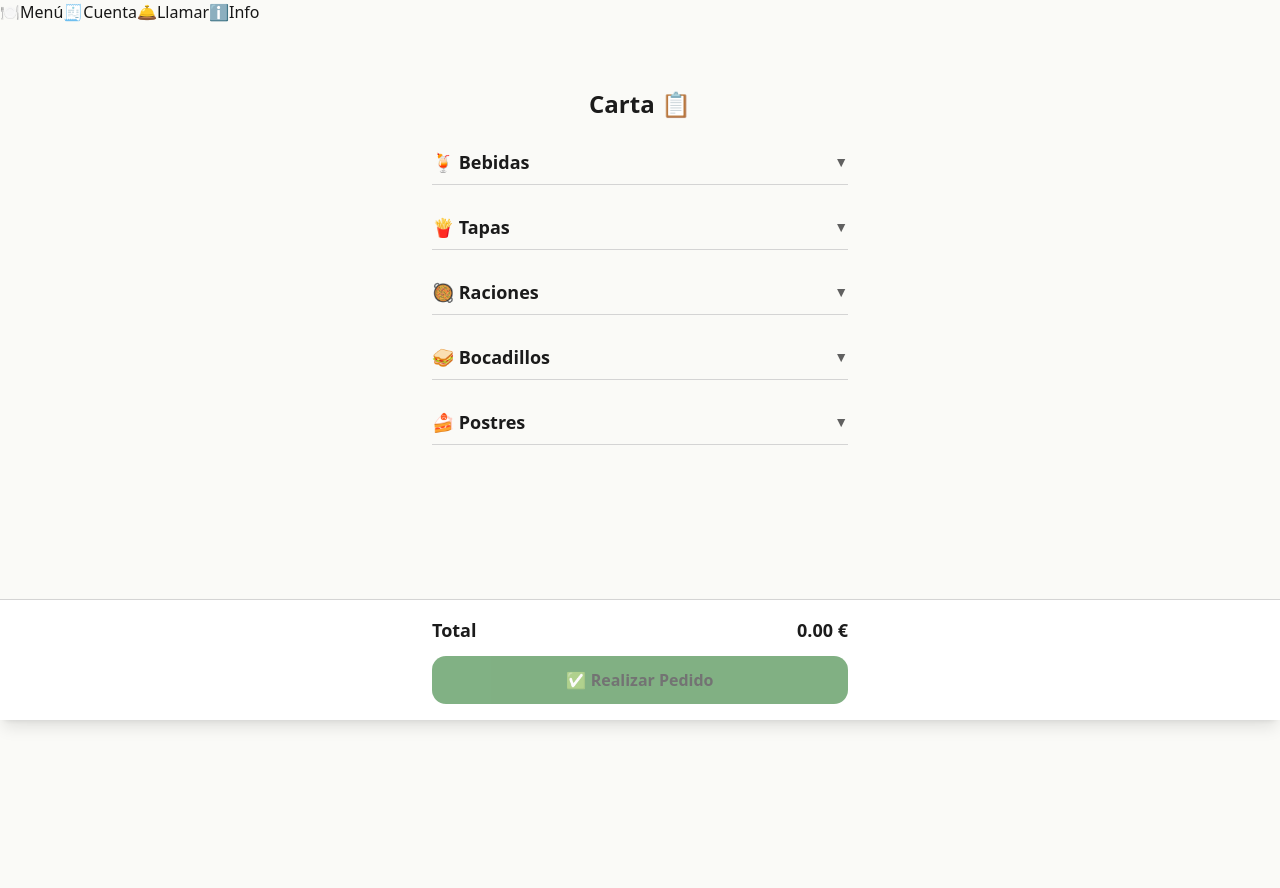
Repository: jrcardenas/sirvaapp
Page: /mesa/1/menu
These files come from the project's save history. The page is drawn as it stood at one moment and after the next save; the edit follows.
The browser window is 1280 px wide. The pictures show the whole page.
The project was rebuilt for these pictures with package versions that can differ from the ones it lists, and the page was loaded fresh each time. The framework's server and built-in components were replaced by stand-ins that run in the browser. Also part of the build but not shown: next.config.ts.

Above is the page before, as saved 2025-11-02 20:14:18.

### app/layout.tsx
import type { Metadata } from "next";
import "./globals.css";
import "./styles/theme.css";
import Header from "@/components/layout/Header";

export const metadata: Metadata = {
  title: "SirvaApp",
  description: "Pide desde tu mesa. Sirve más rápido.",
};

export default function RootLayout({ children }: { children: React.ReactNode }) {
  return (
    <html lang="es">
      <body className="bg-[var(--color-background)] text-[var(--color-text-dark)]">
        {/* ✅ Navegación principal arriba */}
        <Header />

        {/* ✅ Espacio suficiente para footer del pedido */}
        <main className="pt-4 pb-32 max-w-md mx-auto">
          {children}
        </main>
      </body>
    </html>
  );
}

### app/mesa/[id]/menu/page.tsx
"use client";

import { useState } from "react";
import Button from "@/components/ui/Button";
import { useCartStore } from "@/store/cartStore";
import { useOrderStore } from "@/store/orderStore";
import { useParams } from "next/navigation";

export default function MenuPage() {
  const { addItem, changeQty, items, removeItem, clearCart } = useCartStore();
  const { addToMesa } = useOrderStore();
  const { id: mesaId } = useParams() as { id: string };

  const [openCategories, setOpenCategories] = useState<string[]>([]);
  const [showConfirm, setShowConfirm] = useState(false);
  const [showToast, setShowToast] = useState(false);

  const iconosCat: Record<string, string> = {
    Bebidas: "🍹",
    Tapas: "🍟",
    Raciones: "🥘",
    Bocadillos: "🥪",
    Postres: "🍰",
  };

  const productos = [
    { id: "1", categoria: "Bebidas", nombre: "Cerveza", precio: 2.0 },
    { id: "2", categoria: "Bebidas", nombre: "Coca-Cola", precio: 2.2 },
    { id: "3", categoria: "Bebidas", nombre: "Agua", precio: 1.5 },
    { id: "4", categoria: "Bebidas", nombre: "Tinto de Verano", precio: 2.8 },
    { id: "5", categoria: "Bebidas", nombre: "Café con Leche", precio: 1.5 },
    { id: "6", categoria: "Tapas", nombre: "Patatas Bravas", precio: 4.0 },
    { id: "7", categoria: "Tapas", nombre: "Croquetas", precio: 4.5 },
    { id: "8", categoria: "Tapas", nombre: "Tortilla Española", precio: 3.5 },
    { id: "9", categoria: "Tapas", nombre: "Calamares", precio: 5.5 },
    { id: "10", categoria: "Raciones", nombre: "Jamón Ibérico", precio: 9.5 },
    { id: "11", categoria: "Raciones", nombre: "Gambas al Ajillo", precio: 10.5 },
    { id: "12", categoria: "Raciones", nombre: "Huevos Rotos", precio: 8.5 },
    { id: "19", categoria: "Raciones", nombre: "Pulpo a la Gallega", precio: 14.0 },
    { id: "20", categoria: "Raciones", nombre: "Chistorra", precio: 7.0 },
    { id: "21", categoria: "Raciones", nombre: "Ensaladilla Rusa", precio: 6.5 },
    { id: "13", categoria: "Bocadillos", nombre: "Bocadillo de Lomo", precio: 4.5 },
    { id: "14", categoria: "Bocadillos", nombre: "Bocadillo Vegetal", precio: 4.2 },
    { id: "15", categoria: "Bocadillos", nombre: "Perrito Caliente", precio: 4.0 },
    { id: "16", categoria: "Postres", nombre: "Tarta de Queso", precio: 4.8 },
    { id: "17", categoria: "Postres", nombre: "Helado 2 bolas", precio: 3.2 },
    { id: "18", categoria: "Postres", nombre: "Flan Casero", precio: 3.5 },
  ];

  const categorias = [...new Set(productos.map((p) => p.categoria))];

  const toggleCategory = (cat: string) => {
    setOpenCategories((prev) =>
      prev.includes(cat) ? prev.filter((c) => c !== cat) : [...prev, cat]
    );
  };

  const getQty = (id: string) =>
    items.reduce((acc, p) => (p.id === id ? acc + p.qty : acc), 0);

  const total = items.reduce((acc, p) => acc + p.price * p.qty, 0);

  const handleConfirmOrder = () => {
    if (!mesaId || items.length === 0) return;

    addToMesa(mesaId, items);
    clearCart();
    setShowConfirm(false);
    setShowToast(true);
    setTimeout(() => setShowToast(false), 2500);
  };

  return (
    <>
      <main className="min-h-screen bg-[var(--color-background)] p-4 pb-32 max-w-md mx-auto pt-12">
        <h1 className="text-2xl font-bold text-center mb-5 text-[var(--color-text-dark)]">
          Carta 📋
        </h1>

        {categorias.map((cat) => (
          <div key={cat} className="mb-5">
            <button
              className="w-full flex justify-between items-center text-lg font-semibold py-2 text-[var(--color-text-dark)]"
              onClick={() => toggleCategory(cat)}
            >
              <span className="flex items-center gap-2">
                {iconosCat[cat]} {cat}
              </span>
              <span className="text-[var(--color-text-muted)] text-sm">
                {openCategories.includes(cat) ? "▲" : "▼"}
              </span>
            </button>

            <div className="border-t border-[var(--color-border)] mb-2"></div>

            {openCategories.includes(cat) &&
              productos
                .filter((p) => p.categoria === cat)
                .map((item) => {
                  const qty = getQty(item.id);
                  return (
                    <div key={item.id} className="flex justify-between">
                      <div>
                        <p className="font-medium text-[var(--color-text-dark)]">{item.nombre}</p>
                        <p className="text-[var(--color-text-muted)] text-sm">{item.precio.toFixed(2)} €</p>
                      </div>

                      <div className="flex items-center gap-2">
                        <button
                          disabled={qty === 0}
                          onClick={() =>
                            qty <= 1 ? removeItem(item.id) : changeQty(item.id, qty - 1)
                          }
                          className={`w-7 h-7 rounded-full border text-sm font-bold ${
                            qty === 0
                              ? "border-[var(--color-border)] text-[var(--color-text-disabled)]"
                              : "border-[var(--color-minus-icon)] text-[var(--color-minus-icon)]"
                          }`}
                        >-</button>

                        <span className={`w-6 text-center font-semibold ${
                          qty === 0 ? "text-[var(--color-text-disabled)]" : "text-[var(--color-text-dark)]"
                        }`}>
                          {qty}
                        </span>

                        <button
                          className="w-7 h-7 rounded-full bg-[var(--color-plus-button)] text-white text-sm font-bold"
                          onClick={() =>
                            addItem({
                              id: item.id,
                              name: item.nombre,
                              price: item.precio,
                              qty: 1,
                            })
                          }
                        >+</button>
                      </div>
                    </div>
                  );
                })}
          </div>
        ))}

        {/* Footer */}
        <div className="fixed bottom-0 left-0 w-full bg-[var(--color-surface)] border-t border-[var(--color-border)] shadow-lg">
          <div className="max-w-md mx-auto p-4">
            <div className="flex justify-between mb-3 font-bold text-lg text-[var(--color-text-dark)]">
              <span>Total</span>
              <span>{total.toFixed(2)} €</span>
            </div>

            <Button
              fullWidth
              disabled={total === 0}
              className={`${total === 0 ? "opacity-50 cursor-not-allowed" : ""}`}
              onClick={() => setShowConfirm(true)}
            >
              ✅ Realizar Pedido
            </Button>
          </div>
        </div>
      </main>

      {/* ✅ Popup Confirmación */}
      {showConfirm && (
        <div className="fixed inset-0 bg-black/50 backdrop-blur-sm flex items-center justify-center z-50 animate-fade-in">
          <div className="bg-white rounded-2xl p-6 w-80 shadow-xl animate-modal">
            <h3 className="text-lg font-bold text-center mb-3 text-[var(--color-text-dark)]">
              Confirmar Pedido
            </h3>

            <div className="space-y-2 mb-4 text-[var(--color-text-dark)]">
              {items.map((i, idx) => (
                <div key={idx} className="flex justify-between text-sm">
                  <span>{i.qty} x {i.name}</span>
                  <span>{(i.price * i.qty).toFixed(2)} €</span>
                </div>
              ))}
            </div>

            <p className="text-center font-bold mb-4">
              Total: {total.toFixed(2)} €
            </p>

            <div className="flex gap-2">
              <button
                className="w-1/2 py-2 rounded-lg bg-gray-300 font-semibold"
                onClick={() => setShowConfirm(false)}
              >
                ❌ Cancelar
              </button>
              <button
                className="w-1/2 py-2 rounded-lg bg-[var(--color-primary)] text-white font-semibold"
                onClick={handleConfirmOrder}
              >
                ✅ Confirmar
              </button>
            </div>
          </div>
        </div>
      )}

      {/* ✅ Toast animado */}
      {showToast && (
        <div className="fixed bottom-32 left-1/2 -translate-x-1/2 bg-[var(--color-primary)] text-white px-4 py-2 rounded-full shadow-xl animate-toast">
          🍽️ Pedido enviado con éxito
        </div>
      )}
    </>
  );
}

### app/globals.css
@import "tailwindcss";

/* Colores base del navegador */
:root {
  --background: #ffffff;
  --foreground: #171717;
}

/* ✅ Variables sincronizadas con el tema */
@theme inline {
  --color-background: var(--background);
  --color-foreground: var(--foreground);
  --font-sans: var(--font-geist-sans);
  --font-mono: var(--font-geist-mono);
}

@media (prefers-color-scheme: dark) {
  :root {
    --background: #0a0a0a;
    --foreground: #ededed;
  }
}

/* ✅ Mantener reset y tipografía */
body {
  background: var(--color-background);
  color: var(--color-foreground);
}

/* ✅ Animaciones para el popup */

@keyframes fadeIn {
  from { opacity: 0; }
  to { opacity: 1; }
}

@keyframes slideUp {
  from {
    opacity: 0;
    transform: translateY(20px);
  }
  to {
    opacity: 1;
    transform: translateY(0);
  }
}

.animate-modal {
  animation:
    fadeIn 0.25s ease-out forwards,
    slideUp 0.25s ease-out forwards;
}

.animate-fade-in {
  animation: fadeIn 0.25s ease-out;
}

### app/styles/theme.css
:root {
  /* Brand & Accent */
  --color-primary: #2E7D32; /* Verde principal: moderno, fresco */
  --color-primary-light: #4CAF50; /* Verde más vivo */
  --color-accent: #81C784; /* Verde suave para hover */

  /* Backgrounds */
  --color-background: #FAFAF7; /* Crema suave */
  --color-surface: #FFFFFF; /* Tarjetas y secciones */
  --color-surface-alt: #F3F3EF;

  /* Borders */
  --color-border: #D4D4D4;

  /* Text */
  --color-text-dark: #1B1B1B;
  --color-text-muted: #606060;
  --color-text-disabled: #AFAFAF;

  /* Buttons */
  --color-plus-button: var(--color-primary);
  --color-minus-button: #E0E0E0;
  --color-minus-icon: #555;

  /* States */
  --color-disabled-bg: #E6E6E6;
  --color-disabled-text: #A8A8A8;

  /* Tokens */
  --radius: 14px;
  --button-height: 48px;
}

### app/components/layout/Header.tsx
"use client";

import Link from "next/link";
import { usePathname, useParams } from "next/navigation";

export default function Header() {
  const pathname = usePathname();
  const params = useParams();
  const mesaId = params?.id;

  const navItems = [
    { href: mesaId ? `/mesa/${mesaId}/menu` : "/", label: "Menú", icon: "🍽️" },
    { href: mesaId ? `/mesa/${mesaId}/cuenta` : "/", label: "Cuenta", icon: "🧾" },
    { href: mesaId ? `/mesa/${mesaId}/llamar` : "/", label: "Llamar", icon: "🛎️" },
    { href: mesaId ? `/mesa/${mesaId}/info` : "/", label: "Info", icon: "ℹ️" },
  ];

  return (
    <header className="nav-menu">
      <nav className="nav-menu-inner">
        {navItems.map((item) => {
          const active = pathname === item.href;
          return (
            <Link key={item.href} href={item.href} className={`nav-item ${active ? "active" : ""}`}>
              <span className="nav-icon">{item.icon}</span>
              <span className="nav-label">{item.label}</span>
            </Link>
          );
        })}
      </nav>
    </header>
  );
}

### app/components/ui/Button.tsx
"use client";

import React from "react";
import Link from "next/link";

type Variant = "primary" | "secondary" | "outline" | "ghost";
type Size = "sm" | "md" | "lg";

type ButtonProps = {
  variant?: Variant;
  size?: Size;
  loading?: boolean;
  fullWidth?: boolean;
  as?: "button" | "link";
  href?: string;
  className?: string;
  children: React.ReactNode;
} & React.ButtonHTMLAttributes<HTMLButtonElement>;

function classes({ variant, size, fullWidth }: { variant: Variant; size: Size; fullWidth?: boolean }) {
  const base =
    "inline-flex items-center justify-center font-semibold transition focus:outline-none focus-visible:ring-2 focus-visible:ring-offset-2";
  const radius = "rounded-[var(--radius)]";
  const width = fullWidth ? "w-full" : "";
  const sizes: Record<Size, string> = {
    sm: "text-sm h-10 px-4",
    md: "text-base h-[var(--button-height)] px-5", // 48px por theme
    lg: "text-base h-14 px-6",
  };
  const variants: Record<Variant, string> = {
    primary:
      "bg-[var(--color-primary)] text-[var(--color-text-light)] hover:opacity-90 focus-visible:ring-[var(--color-primary)]",
    secondary:
      "bg-[var(--color-secondary)] text-[var(--color-text-light)] hover:opacity-90 focus-visible:ring-[var(--color-secondary)]",
    outline:
      "bg-transparent text-[var(--color-text-dark)] border border-[color:var(--color-secondary)]/20 hover:bg-[var(--color-surface)] focus-visible:ring-[var(--color-primary)]",
    ghost:
      "bg-transparent text-[var(--color-text-dark)] hover:bg-[var(--color-surface)] focus-visible:ring-[var(--color-primary)]",
  };

  return [base, radius, width, sizes[size], variants[variant]].join(" ");
}

export default function Button({
  variant = "primary",
  size = "md",
  loading = false,
  fullWidth,
  as = "button",
  href,
  className = "",
  children,
  disabled,
  ...rest
}: ButtonProps) {
  const cls =
    classes({ variant, size, fullWidth }) +
    " " +
    (disabled || loading ? "opacity-60 pointer-events-none" : "") +
    " " +
    className;

  const content = (
    <>
      {loading && (
        <svg
          className="mr-2 animate-spin"
          width="16"
          height="16"
          viewBox="0 0 24 24"
          aria-hidden="true"
        >
          <circle cx="12" cy="12" r="10" stroke="currentColor" strokeWidth="4" fill="none" opacity="0.25" />
          <path d="M22 12a10 10 0 0 1-10 10" fill="none" stroke="currentColor" strokeWidth="4" />
        </svg>
      )}
      {children}
    </>
  );

  if (as === "link" && href) {
    return (
      <Link
        href={href}
        className={cls}
        role="button"
        aria-busy={loading || undefined}
        aria-disabled={disabled || loading || undefined}
      >
        {content}
      </Link>
    );
  }

  return (
    <button
      className={cls}
      disabled={disabled || loading}
      aria-busy={loading || undefined}
      {...rest}
    >
      {content}
    </button>
  );
}

### app/store/cartStore.ts
import { create } from "zustand";

export interface CartItem {
  id: string;
  name: string;
  price: number;
  qty: number;
  note?: string;
}

interface CartState {
  items: CartItem[];
  addItem: (item: CartItem) => void;
  changeQty: (id: string, qty: number) => void;
  removeItem: (id: string, note?: string) => void;
  clearCart: () => void;
  totalItems: number;
  totalAmount: number;
}

export const useCartStore = create<CartState>((set, get) => ({
  items: [],

  addItem: (item) => {
    const exists = get().items.find(
      (i) => i.id === item.id && i.note === item.note
    );

    if (exists) {
      set({
        items: get().items.map((i) =>
          i.id === item.id && i.note === item.note
            ? { ...i, qty: i.qty + item.qty }
            : i
        ),
      });
    } else {
      set({ items: [...get().items, item] });
    }
  },

  changeQty: (id, qty) => {
    if (qty < 1) return; // ✅ regla elegida (A)
    set({
      items: get().items.map((i) =>
        i.id === id ? { ...i, qty } : i
      ),
    });
  },

  removeItem: (id, note) =>
    set({
      items: get().items.filter(
        (i) => !(i.id === id && i.note === note)
      ),
    }),

  clearCart: () => set({ items: [] }),

  get totalItems() {
    return get().items.reduce((acc, i) => acc + i.qty, 0);
  },

  get totalAmount() {
    return get().items.reduce((acc, i) => acc + i.qty * i.price, 0);
  },
}));

### app/store/orderStore.ts
import { create } from "zustand";
import { persist } from "zustand/middleware";

type OrderItem = {
  id: string;
  name: string;
  price: number;
  qty: number;
};

type MesaOrders = {
  [mesaId: string]: OrderItem[];
};

type OrderStore = {
  mesas: MesaOrders;
  addToMesa: (mesaId: string, items: OrderItem[]) => void;
  clearMesa: (mesaId: string) => void;
};

export const useOrderStore = create<OrderStore>()(
  persist(
    (set) => ({
      mesas: {},

      addToMesa: (mesaId, items) =>
        set((state) => ({
          mesas: {
            ...state.mesas,
            [mesaId]: [...(state.mesas[mesaId] || []), ...items],
          },
        })),

      clearMesa: (mesaId) =>
        set((state) => ({
          mesas: { ...state.mesas, [mesaId]: [] },
        })),
    }),
    { name: "order-storage" }
  )
);

After the next save:
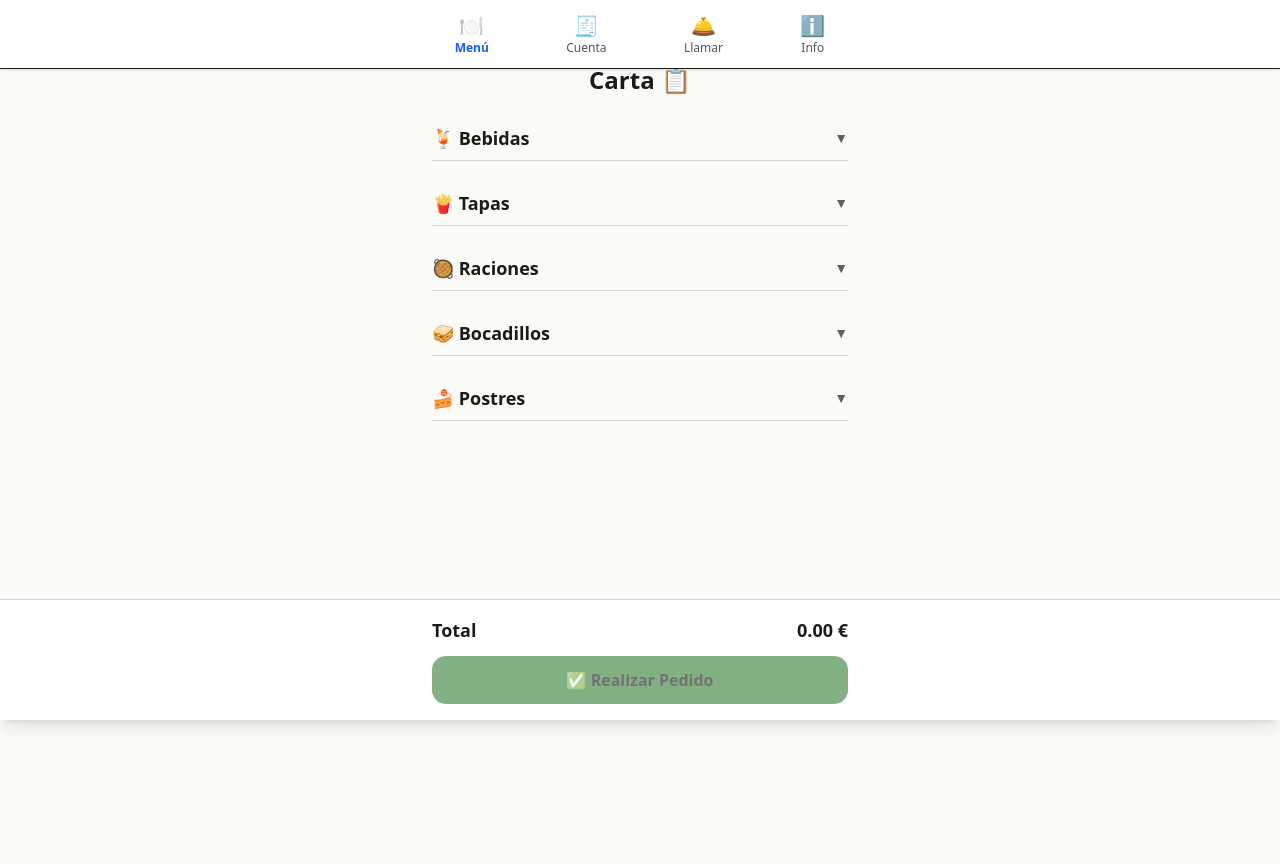
Saved 16 s later.
--- a/app/components/layout/Header.tsx
+++ b/app/components/layout/Header.tsx
@@ -9,24 +9,45 @@ export default function Header() {
   const mesaId = params?.id;
 
   const navItems = [
-    { href: mesaId ? `/mesa/${mesaId}/menu` : "/", label: "Menú", icon: "🍽️" },
-    { href: mesaId ? `/mesa/${mesaId}/cuenta` : "/", label: "Cuenta", icon: "🧾" },
-    { href: mesaId ? `/mesa/${mesaId}/llamar` : "/", label: "Llamar", icon: "🛎️" },
-    { href: mesaId ? `/mesa/${mesaId}/info` : "/", label: "Info", icon: "ℹ️" },
+    {
+      href: mesaId ? `/mesa/${mesaId}/menu` : "/",
+      label: "Menú",
+      icon: "🍽️",
+    },
+    {
+      href: mesaId ? `/mesa/${mesaId}/cuenta` : "/",
+      label: "Cuenta",
+      icon: "🧾",
+    },
+    {
+      href: mesaId ? `/mesa/${mesaId}/llamar` : "/",
+      label: "Llamar",
+      icon: "🛎️",
+    },
+    {
+      href: mesaId ? `/mesa/${mesaId}/info` : "/",
+      label: "Info",
+      icon: "ℹ️",
+    },
   ];
 
   return (
-    <header className="nav-menu">
-      <nav className="nav-menu-inner">
-        {navItems.map((item) => {
-          const active = pathname === item.href;
-          return (
-            <Link key={item.href} href={item.href} className={`nav-item ${active ? "active" : ""}`}>
-              <span className="nav-icon">{item.icon}</span>
-              <span className="nav-label">{item.label}</span>
-            </Link>
-          );
-        })}
+    <header className="w-full py-3 bg-white border-b shadow-sm fixed top-0 z-50">
+      <nav className="flex justify-around max-w-md mx-auto text-sm">
+        {navItems.map((item) => (
+          <Link
+            key={item.href}
+            href={item.href}
+            className={`flex flex-col items-center transition ${
+              pathname === item.href
+                ? "text-blue-600 font-bold"
+                : "text-gray-600"
+            }`}
+          >
+            <span className="text-xl">{item.icon}</span>
+            <span className="text-xs">{item.label}</span>
+          </Link>
+        ))}
       </nav>
     </header>
   );
